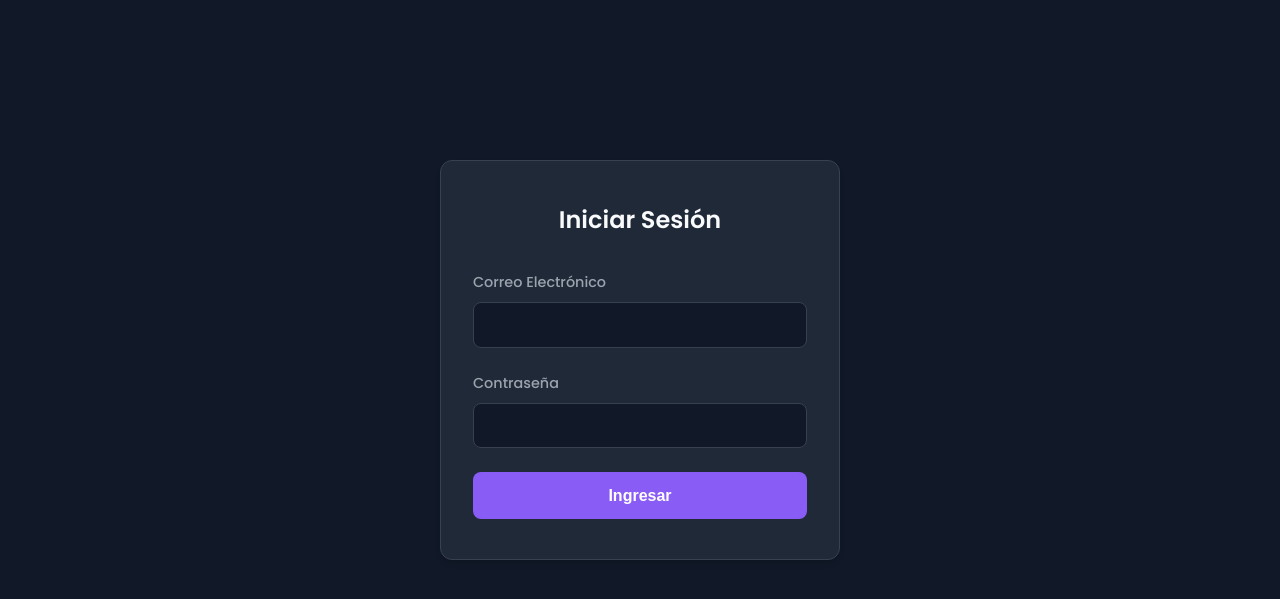
Repository: hercules830/nexa-control-app
Page: /
These files come from the project's save history. The page is drawn as it stood at one moment and after the next save; the edit follows.
The browser window is 1280 px wide. The pictures show the whole page.
The project was rebuilt for these pictures with package versions that can differ from the ones it lists, and the page was loaded fresh each time. Also part of the build but not shown: vite.config.js, src/pages/DashboardPage.module.css, src/pages/DashboardPage.jsx.

Above is the page before, as saved 2025-09-02 14:19:08.

After the next save:
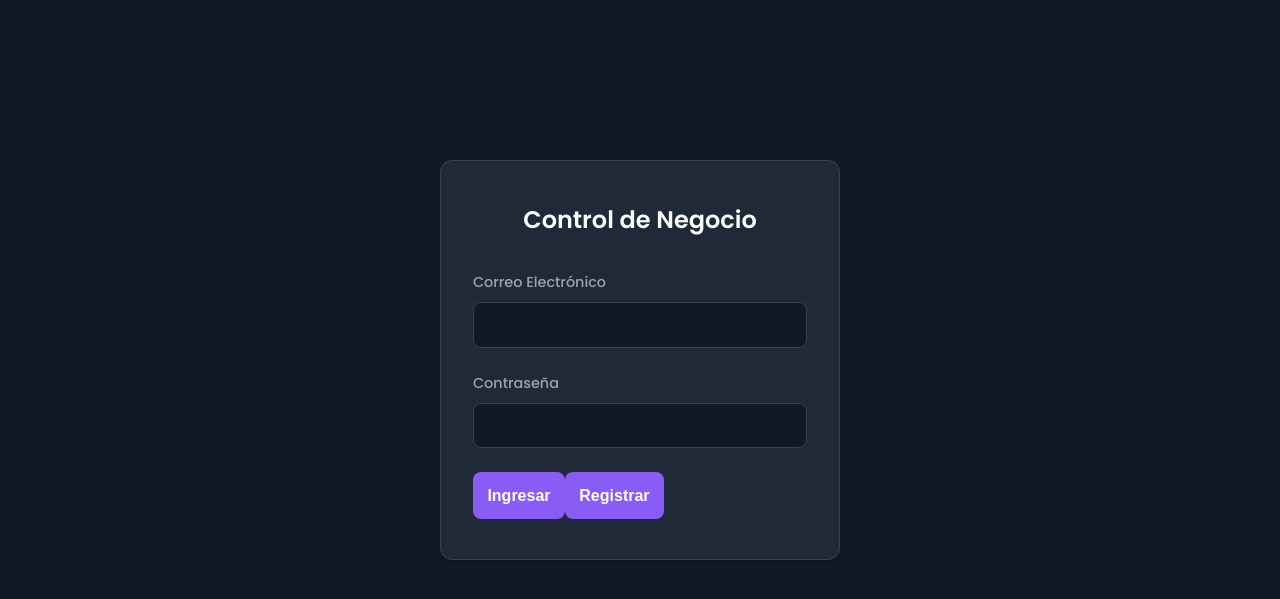
Saved 39 s later.
--- a/src/pages/LoginPage.jsx
+++ b/src/pages/LoginPage.jsx
@@ -2,59 +2,94 @@
 import { useState } from 'react';
 // eslint-disable-next-line no-unused-vars
 import { motion } from 'framer-motion';
-import styles from './LoginPage.module.css'; // 1. Importa el Módulo CSS
+// 1. Importamos auth y las funciones de Firebase que necesitamos
+import { auth } from '../firebase';
+import {
+  createUserWithEmailAndPassword,
+  signInWithEmailAndPassword
+} from 'firebase/auth';
+import styles from './LoginPage.module.css';
 
-function LoginPage({ onLoginSuccess }) {
+// Ya no necesitamos recibir la prop onLoginSuccess
+function LoginPage() {
   const [email, setEmail] = useState('');
   const [password, setPassword] = useState('');
+  const [error, setError] = useState(''); // Un estado para mostrar errores al usuario
 
-  const CORRECT_EMAIL = 'admin@nexa.com';
-  const CORRECT_PASSWORD = '1234';
+  // 2. Función para manejar el REGISTRO de un nuevo usuario
+  const handleRegister = async (event) => {
+    event.preventDefault();
+    setError(''); // Limpiamos errores previos
+    try {
+      // Esta función de Firebase crea el usuario en el backend
+      const userCredential = await createUserWithEmailAndPassword(auth, email, password);
+      console.log('Usuario registrado:', userCredential.user);
+      // No necesitamos hacer nada más, el listener en App.jsx se encargará del resto
+    } catch (err) {
+      // Manejamos errores comunes de Firebase
+      if (err.code === 'auth/email-already-in-use') {
+        setError('Este correo electrónico ya está en uso.');
+      } else if (err.code === 'auth/weak-password') {
+        setError('La contraseña debe tener al menos 6 caracteres.');
+      } else {
+        setError('Ocurrió un error al registrar el usuario.');
+      }
+      console.error(err);
+    }
+  };
 
-  const handleSubmit = (event) => {
+  // 3. Función para manejar el LOGIN de un usuario existente
+  const handleLogin = async (event) => {
     event.preventDefault();
-    if (email === CORRECT_EMAIL && password === CORRECT_PASSWORD) {
-      onLoginSuccess();
-    } else {
-      alert('Correo o contraseña incorrectos.');
+    setError('');
+    try {
+      // Esta función de Firebase verifica las credenciales
+      const userCredential = await signInWithEmailAndPassword(auth, email, password);
+      console.log('Usuario autenticado:', userCredential.user);
+    } catch (err) {
+      if (err.code === 'auth/user-not-found' || err.code === 'auth/wrong-password') {
+        setError('Correo o contraseña incorrectos.');
+      } else {
+        setError('Ocurrió un error al iniciar sesión.');
+      }
+      console.error(err);
     }
   };
 
   return (
-    // 2. Usa los estilos importados como si fueran un objeto
     <motion.div
-
-    className={styles.loginContainer}
-      initial={{ opacity: 0, x: -50 }} // Estado inicial: invisible y a la izquierda
-      animate={{ opacity: 1, x: 0 }}   // Estado final (al entrar): visible y en su posición
-      exit={{ opacity: 0, x: -50 }}      // Estado de salida: invisible y más a la izquierda
-      transition={{ duration: 0.5 }}   // Duración de la animación
+      className={styles.loginContainer}
+      initial={{ opacity: 0, x: -50 }}
+      animate={{ opacity: 1, x: 0 }}
+      exit={{ opacity: 0, x: -50 }}
+      transition={{ duration: 0.5 }}
     >
-
       <div className={styles.loginCard}>
-        <h2 className={styles.title}>Iniciar Sesión</h2>
-        <form onSubmit={handleSubmit} className={styles.form}>
+        <h2 className={styles.title}>Control de Negocio</h2>
+        <form className={styles.form}>
           <div className={styles.inputGroup}>
             <label htmlFor="email" className={styles.label}>Correo Electrónico</label>
             <input
-              type="email"
-              id="email"
-              className={styles.input}
-              value={email}
-              onChange={(event) => setEmail(event.target.value)}
+              type="email" id="email" className={styles.input}
+              value={email} onChange={(e) => setEmail(e.target.value)}
             />
           </div>
           <div className={styles.inputGroup}>
             <label htmlFor="password" className={styles.label}>Contraseña</label>
             <input
-              type="password"
-              id="password"
-              className={styles.input}
-              value={password}
-              onChange={(event) => setPassword(event.target.value)}
+              type="password" id="password" className={styles.input}
+              value={password} onChange={(e) => setPassword(e.target.value)}
             />
           </div>
-          <button type="submit" className={styles.button}>Ingresar</button>
+
+          {/* 4. Mostramos el mensaje de error si existe */}
+          {error && <p className={styles.errorText}>{error}</p>}
+
+          {/* 5. Añadimos dos botones: uno para login y otro para registro */}
+          <div className={styles.buttonGroup}>
+            <button type="submit" onClick={handleLogin} className={styles.button}>Ingresar</button>
+            <button type="button" onClick={handleRegister} className={`${styles.button} ${styles.buttonSecondary}`}>Registrar</button>
+          </div>
         </form>
       </div>
     </motion.div>
